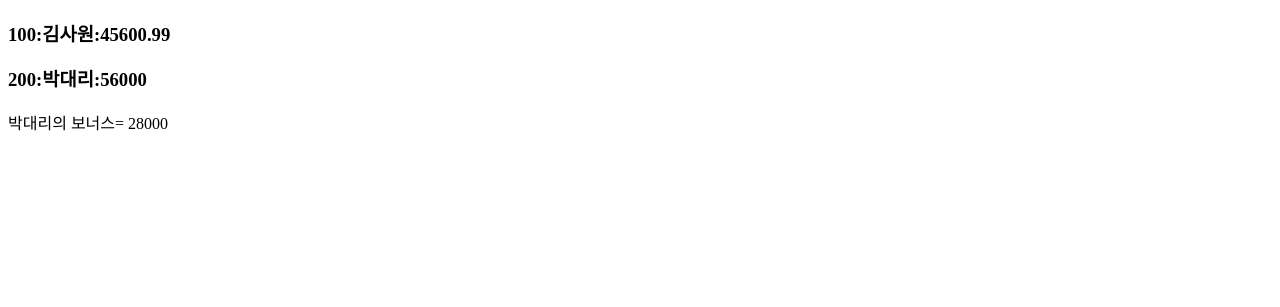
Repository: Pang-Ho/TIL
Page: JavaScript/workspace_web/jstest/WebContent/objecttest.html
The author's editor kept a copy of each file at every save. The page is drawn from the files as they stood at one save, then again after the next save.
The browser window is 1280 px wide. The pictures show the whole page.

Above is the page before, as saved 2021-08-24 02:40:00.

After the next save:
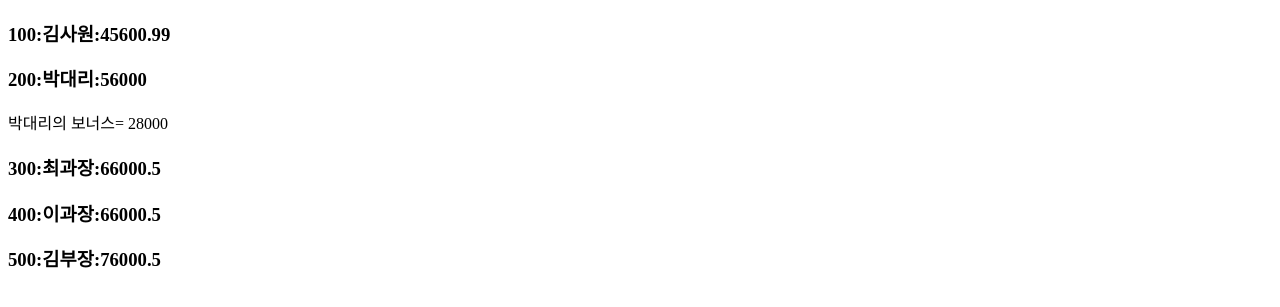
Saved 56 s later.
--- a/JavaScript/workspace_web/jstest/WebContent/objecttest.html
+++ b/JavaScript/workspace_web/jstest/WebContent/objecttest.html
@@ -49,6 +49,10 @@
 	var emp3 = new Employee(300, '최과장', 66000.5);
 	var emp4 = new Employee(400, '이과장', 66000.5);
 	var emp5 = new Employee(500, '김부장', 76000.5);
+
+	emp3.print();
+	emp4.print();
+	emp5.print();
 </script>
 </body>
 </html>
